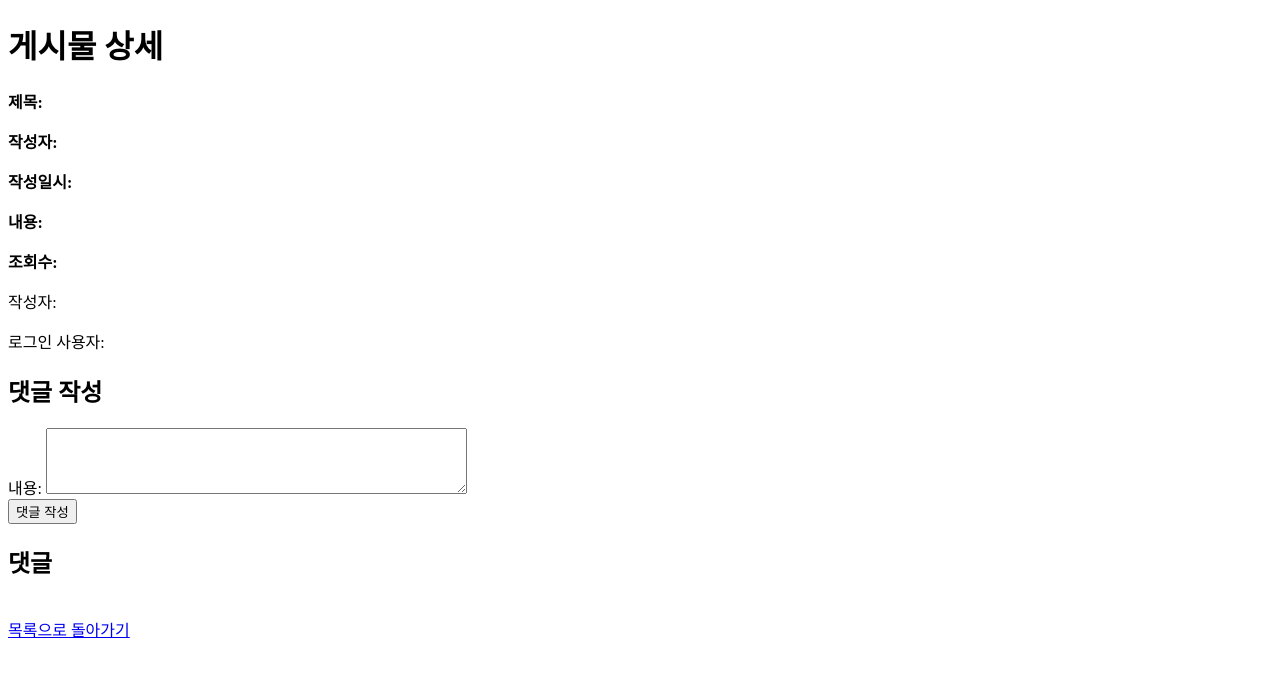
Repository: LHH-commits/SpringBoot_simple_board
Page: http://localhost/lcomputerstudy/WEB-INF/views/detail_board.jsp
The author's editor kept a copy of each file at every save. The page is drawn from the files as they stood at one save, then again after the next save.
The browser window is 1280 px wide. The pictures show the whole page.
The page is served by Tomcat 9. Nobody is signed in. The template is opened directly, without the code that normally fills it, so the values that code supplies are empty.

Above is the page before, as saved 2024-09-04 00:04:17.

After the next save:
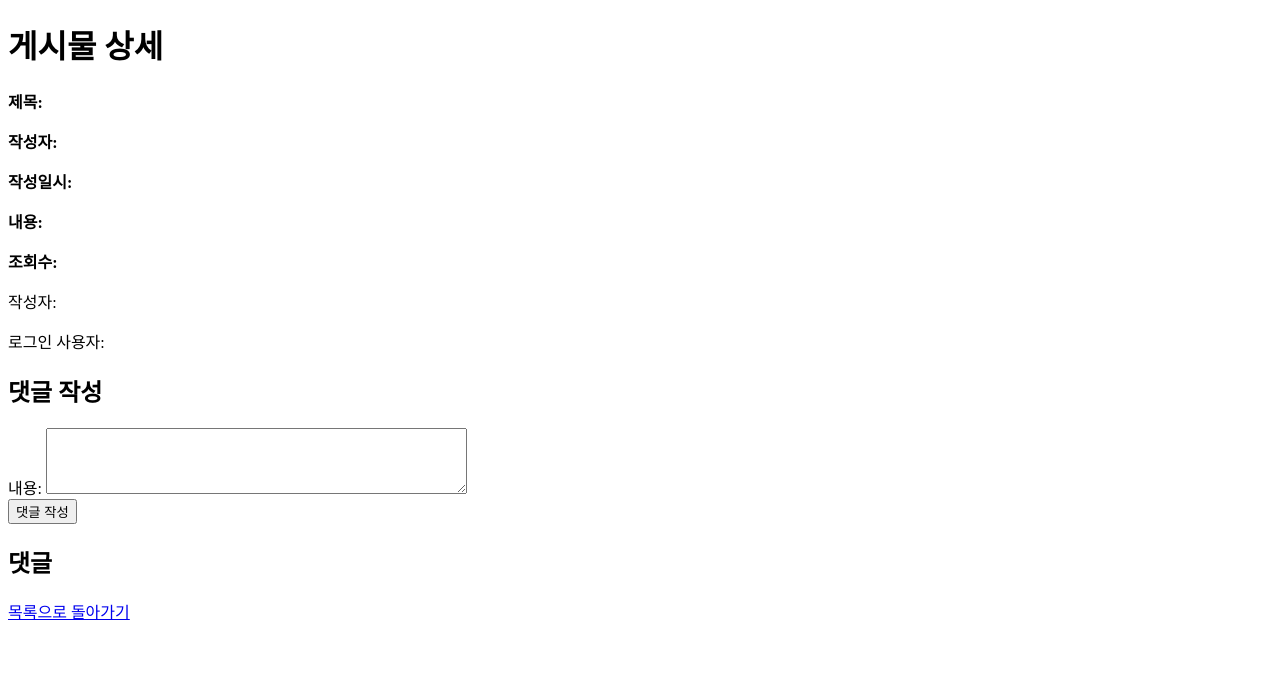
Saved 6 min 57 s later.
--- a/lcomputerstudy/src/main/webapp/WEB-INF/views/detail_board.jsp
+++ b/lcomputerstudy/src/main/webapp/WEB-INF/views/detail_board.jsp
@@ -88,8 +88,7 @@
     		<p><strong>내용 </strong>${comment.cContent}</p>
     		<p><strong>작성일시 </strong>${comment.cDatetime}</p>
     	</div>
-	</c:forEach>
-	<div class="comment">
+    	<div class="comment">
         <p>${comment.cContent}</p>
         <!-- ADMIN 권한일 때 모든 댓글에 삭제 버튼 표시 -->
         <sec:authorize access="hasRole('ROLE_ADMIN')">
@@ -105,8 +104,10 @@
                 <button type="submit">삭제</button>
             </form>
         </sec:authorize>
-    </div>
-    <br>
+    	</div>
+    	<br>
+	</c:forEach>
+
     <c:choose>
 	    <c:when test="${empty searchparam.searchOption && empty searchparam.searchKeyword}">
 	    	<a href="/list?page=${page}">목록으로 돌아가기</a>
